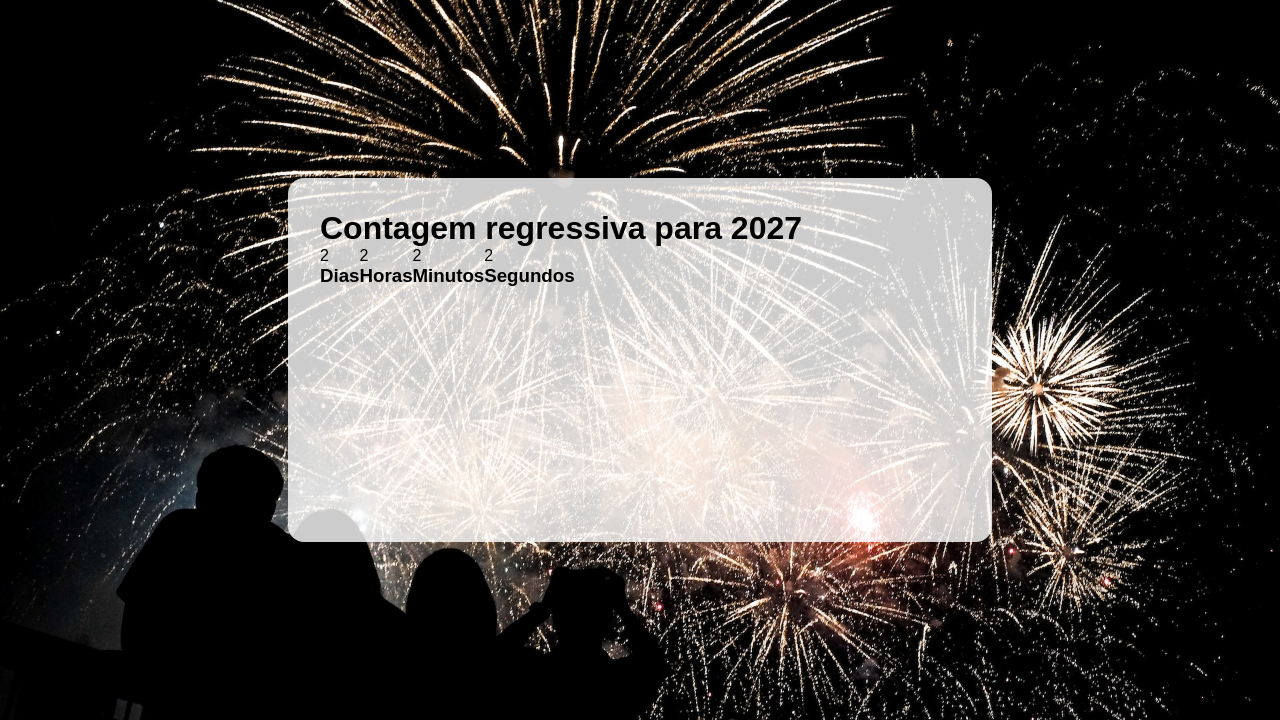
Repository: Bitroia/countdown_timer
Page: / (app in countdown/)
An editor plug-in stored every save of this project. The page is shown before and after a run of saves, followed by the edit.
The browser window is 1280 px wide. The pictures show the whole page.
The project was rebuilt for these pictures with package versions that can differ from the ones it lists, and the page was loaded fresh each time. Also part of the build but not shown: countdown/vite.config.js.

Above is the page before, as saved 2026-07-07 19:08:05.

After the next 7 saves:
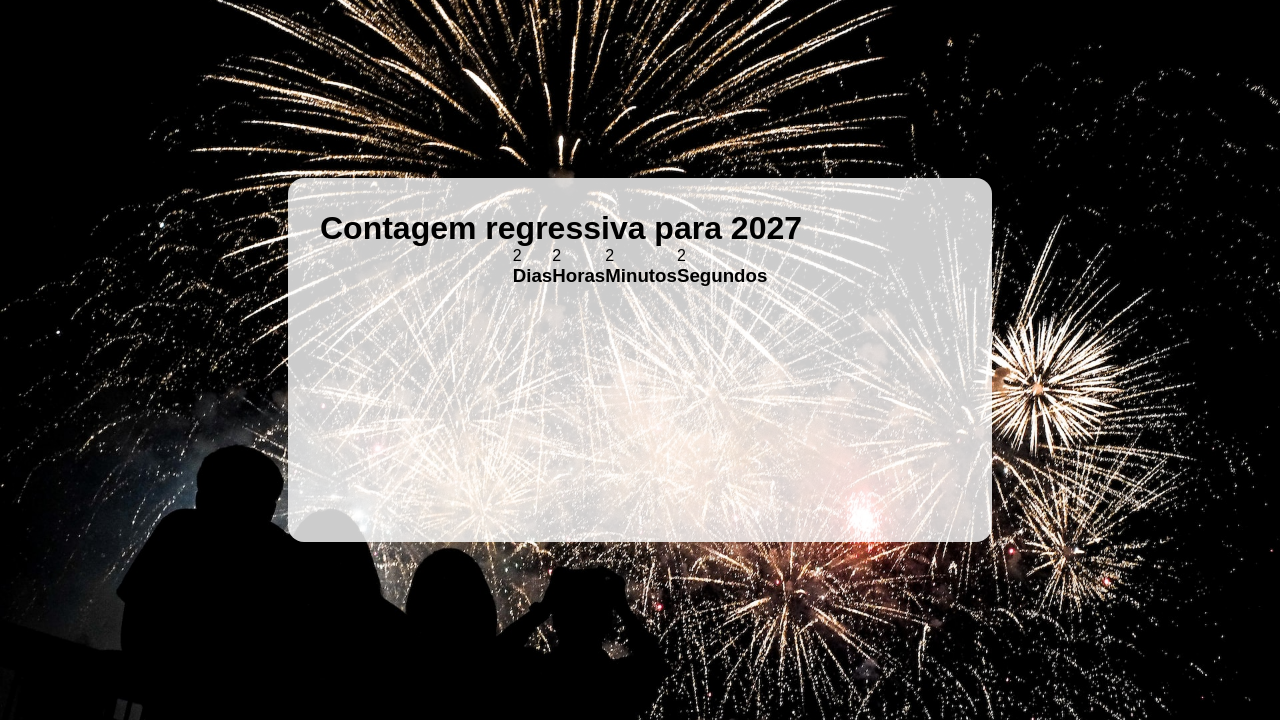
The 7 saves are shown as one change because they came seconds apart.
The last was saved 18 s later.
--- a/countdown/src/App.css
+++ b/countdown/src/App.css
@@ -15,6 +15,8 @@
   border-radius: 1rem;
 }
 
-.countdown-container{
-    display: flex;
+.countdown-container {
+  display: flex;
+  justify-content: center;
+  align-items: center;
 }
